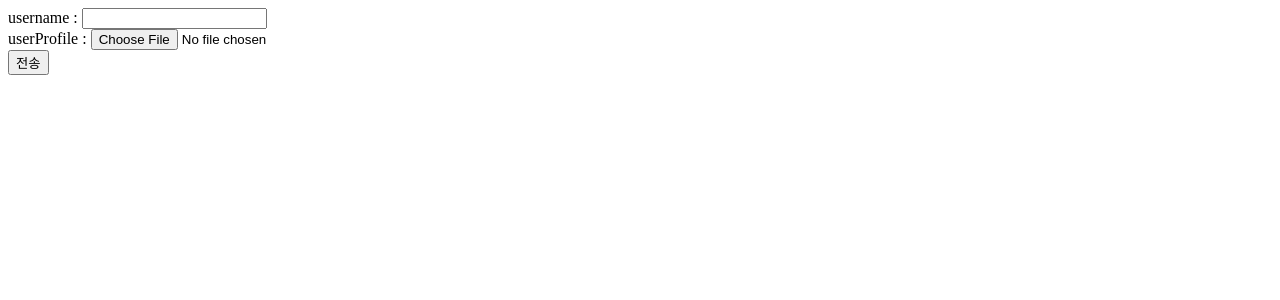
Repository: DIFJIVijDijfIjDIJVmijijVMIm/Melac
Page: http://localhost/blog/test/uploadForm.jsp
These files come from the project's save history. The page is drawn as it stood at one moment and after the next save; the edit follows.
The browser window is 1280 px wide. The pictures show the whole page.
The page is served by Tomcat 9. Other server files are loaded and not shown.

Above is the page before, as saved 2019-11-12 03:40:41.

### blog/WebContent/test/uploadForm.jsp
<%@ page language="java" contentType="text/html; charset=UTF-8"
    pageEncoding="UTF-8"%>

<!DOCTYPE html>
<html>
<head>
<meta charset="UTF-8">
<title>Insert title here</title>
<script>

</script>

<script src="/blog/js/jquery-3.2.1.min.js"></script>
</head>
<body>

	<div id="img__wrap"></div>

	<form action="uploadAction.jsp" method="POST" enctype="multipart/form-data">	<!-- MIME 타입 -->
		username : <input type="text" name="username"/> <br/>
		userProfile : <input id="img__imput" type="file" name="userProfile"/> <br/>
		<input type="submit" value="전송"/>
	</form>
<script src="/blog/js/jquery-3.2.1.min.js"></script>
<script>
	$("#img__input").on("change", handleImgFile);

	function handleImgFile(e) {
		console.log(e);
		console.log(e.target);
		console.log(e.target.files);
		console.log(e.target.files[0]);

		var f = e.target.files[0];

		if(!f.type.match("image.*")){
			console.log("이미지 타입입니다.");
			return;
		}

		var reader = new FileReader();

		reader.onload = function(e){
			console.log("==========");
			console.log(e.target);
			console.log(e.target.result);	//파일 로딩이 성공한 결과
			$("#img__wrap").attr("src", e.target.result);
		}

		reader.readAsDataURL(f);
	}
</script>
</body>
</html>

Loaded but not shown: blog/WebContent/js/jquery-3.2.1.min.js (library)

After the next save:
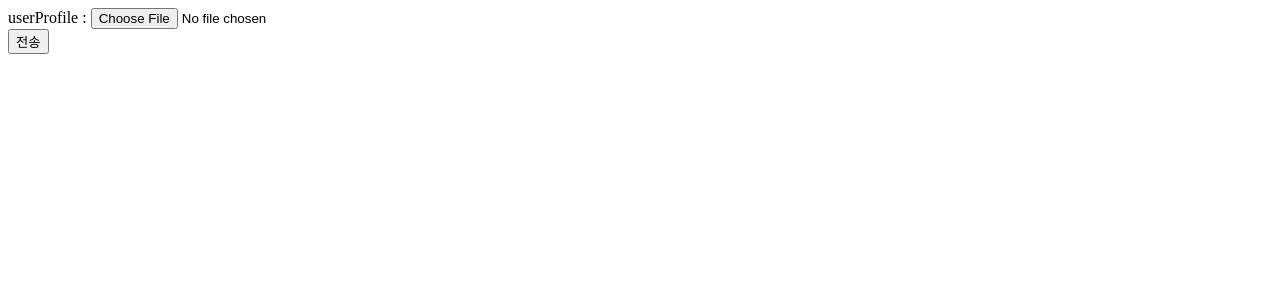
Saved 21 s later.
--- a/blog/WebContent/test/uploadForm.jsp
+++ b/blog/WebContent/test/uploadForm.jsp
@@ -17,7 +17,6 @@
 	<div id="img__wrap"></div>
 
 	<form action="uploadAction.jsp" method="POST" enctype="multipart/form-data">	<!-- MIME 타입 -->
-		username : <input type="text" name="username"/> <br/>
 		userProfile : <input id="img__imput" type="file" name="userProfile"/> <br/>
 		<input type="submit" value="전송"/>
 	</form>
